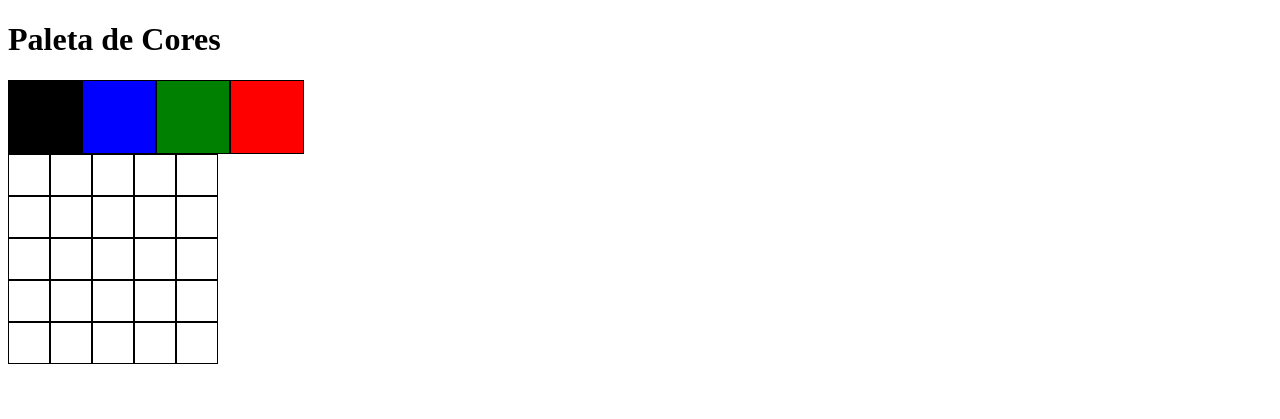
Repository: MuriloColleti/project-Pixer-Art
Page: index.html
The author's editor kept a copy of each file at every save. The page is drawn from the files as they stood at one save, then again after the next save.
The browser window is 1280 px wide. The pictures show the whole page.

Above is the page before, as saved 2024-02-05 16:53:31.

### index.html
<!DOCTYPE html>
<html lang="en">
<head>
    <meta charset="UTF-8">
    <meta name="viewport" content="width=device-width, initial-scale=1.0">
    <link rel="stylesheet" href="style.css">
    <title>Paleta de Cores</title>
</head>

<body>
    <header> <h1 id="title"> Paleta de Cores </h1> </header>

<div class="pallet-container">
    <div class="square black color"></div>
    <div class="square blue color"></div>
    <div class="square green color"></div>
    <div class="square red color"></div>
</div>
    <main id="pixel-board"></main>

</body>

<script src="script.js"></script>

</html>

### style.css
.black{
    background-color: black;
}

.blue{
    background-color: blue;
}

.red{
    background-color: red;
}

.green{
    background-color: green;
}

.square{
    width: 40px;
    height: 40px;
    border: 1px solid black;
    padding: 1rem;
}

.pallet-container{
    display: flex;
}

.pixel{
    width: 40px;
    height: 40px;
    border: 1px solid black;
    display: flex;
}

#pixel-board{

    display: flex;
    flex-direction: column;
    justify-content: center;

}

.line{
    display: flex;
}

### script.js
var pixeltable = document.getElementById('pixel-board');

//var newPixel = document.createElement("div")

//newPixel.classList.add("pixel")

//pixel.appendChild(newPixel);


for(linha = 0; linha < 5; linha += 1){

    var newLine = document.createElement('div')
    newLine.classList.add('line')
    pixeltable.appendChild(newLine);

    for(pixel = 0; pixel < 5; pixel += 1){
    var newPixel = document.createElement('div')
    newPixel.classList.add('pixel')
    newLine.appendChild(newPixel)
    }

}

After the next save:
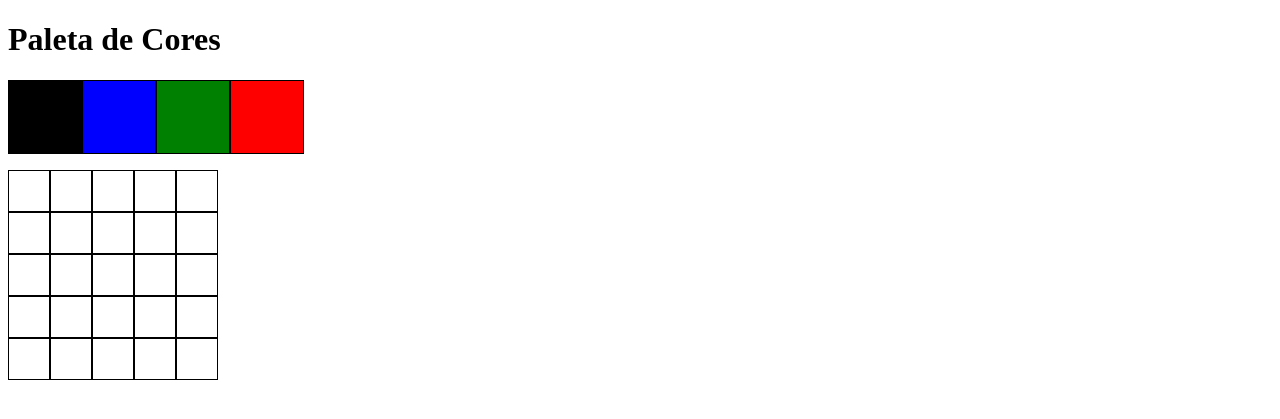
Saved 14 s later.
--- a/style.css
+++ b/style.css
@@ -23,6 +23,7 @@
 
 .pallet-container{
     display: flex;
+    margin-bottom: 1rem;
 }
 
 .pixel{
